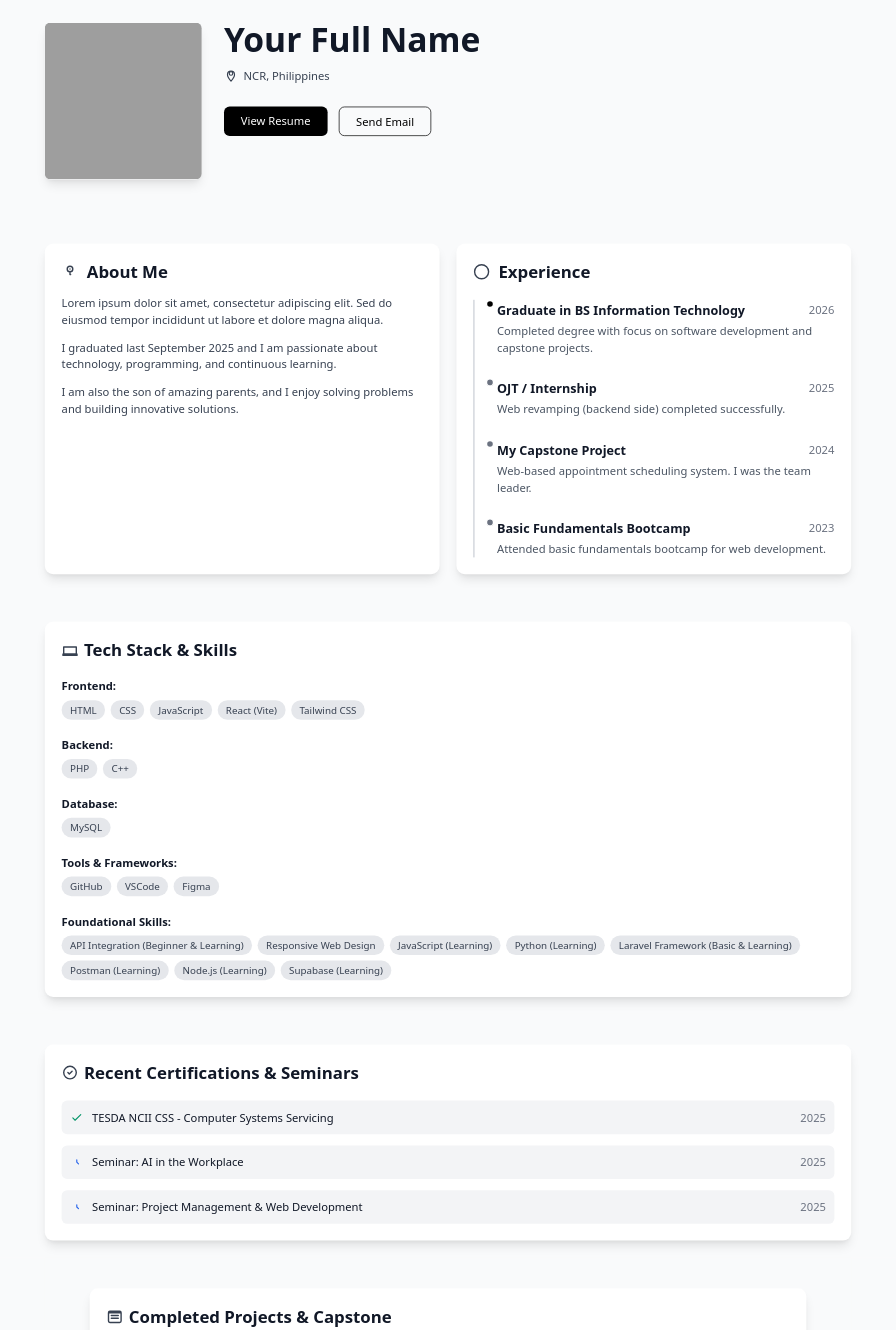
Repository: MeekSharkdev/cv-portfolio
Page: index.html
These files come from the project's save history. The page is drawn as it stood at one moment and after the next save; the edit follows.
The browser window is 1280 px wide. The pictures show the part of the page from y = 16 to 1916 px (the page is 2576 px tall before and 2552 px after), at 70% of full size.
Pictures or frames that could not be fetched are drawn as grey boxes. A picture or video elsewhere on the page could not be fetched, so the positions and the page height are approximate.

Above is the page before, as saved 2026-01-31 16:50:44.
Not found: styles.css

After the next save:
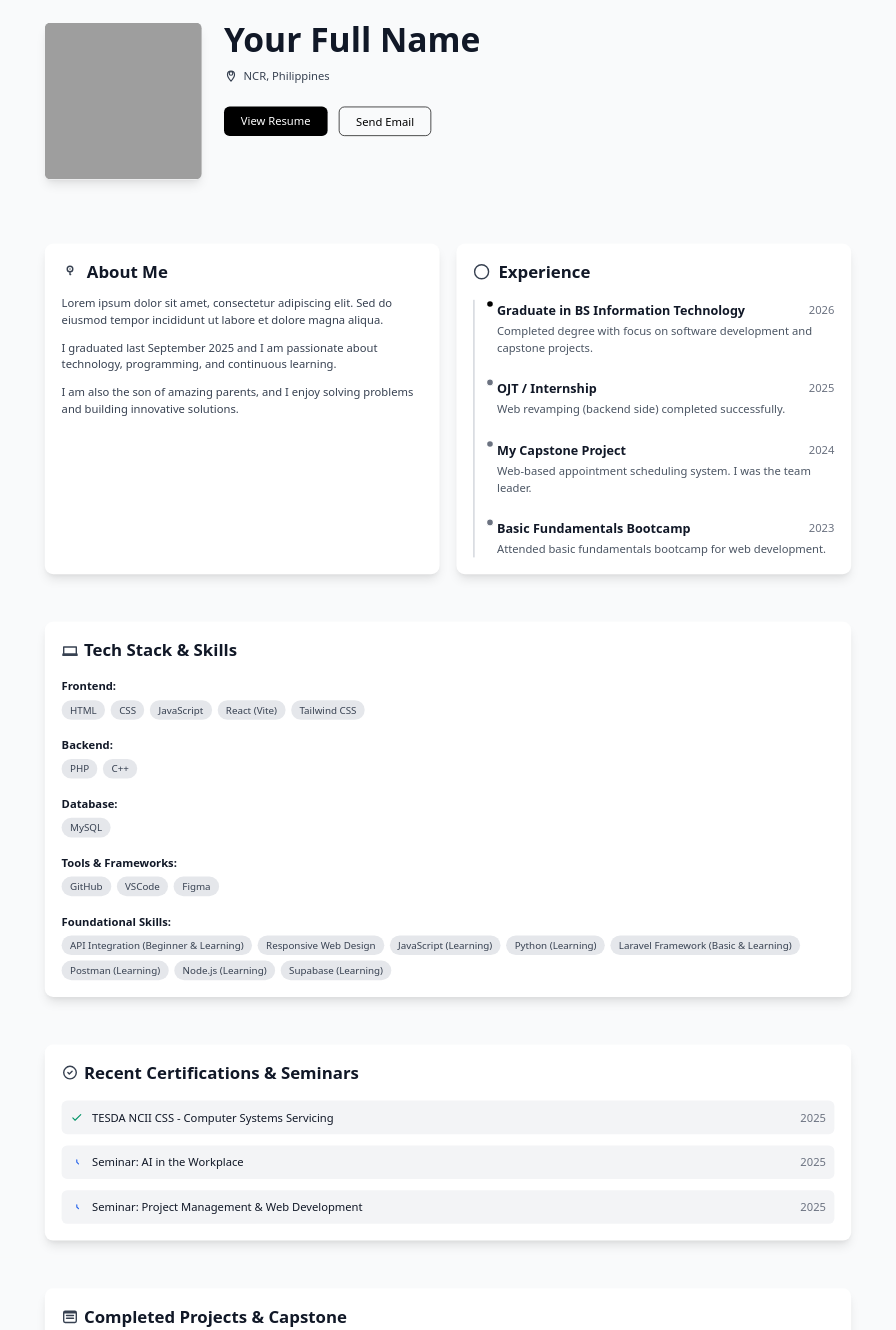
Saved 39 s later.
--- a/index.html
+++ b/index.html
@@ -292,7 +292,7 @@
 
 <!-- Project Carousel Section (Above Footer) -->
 <section>
-    <div class="max-w-6xl mx-auto">
+    <div class="max-w-8xl mx-auto">
 
         <!-- Projects / Portfolio Section -->
         <section class="py-6 px-6 md:px-16 bg-gray-50">
